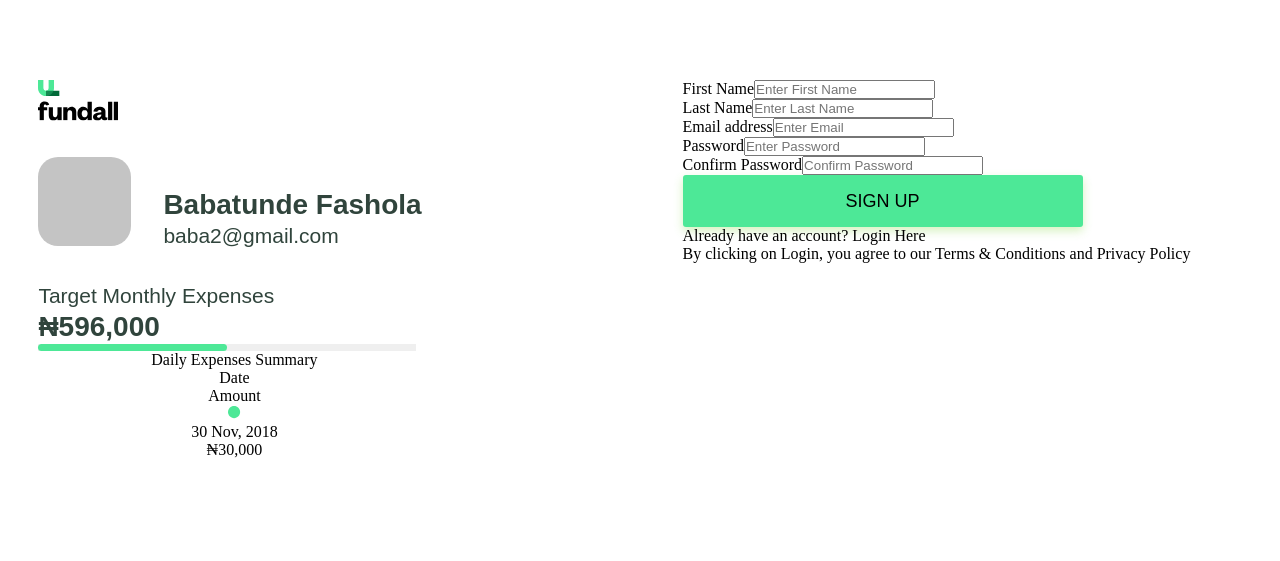
Repository: nilesjamex/niffty
Page: /dashboard
An editor plug-in stored every save of this project. The page is shown before and after the next save, followed by the edit.
The browser window is 1280 px wide. The pictures show the whole page.
The project was rebuilt for these pictures with package versions that can differ from the ones it lists, and the page was loaded fresh each time. Also part of the build but not shown: src/components/Nav.vue, src/views/Home.vue, src/views/SignUp.vue, src/views/Login.vue.

Above is the page before, as saved 2022-04-17 08:57:11.

### src/main.js
import { createApp } from 'vue'
import App from './App.vue'
import router from './router'
import '@/styles/global.scss'

createApp(App).use(router).mount('#app')

### src/App.vue
<template>

  <router-view/>
</template>
<script>
// @ is an alias to /src

export default {
  components: {
  }
}
</script>
<style lang="scss">


#nav {
  padding: 30px;

  a {
    font-weight: bold;
    color: #2c3e50;

    &.router-link-exact-active {
      color: #42b983;
    }
  }
}
</style>

### src/router/index.js
import { createRouter, createWebHistory } from 'vue-router'
import Home from '../views/Home.vue';
import SignUp from '../views/SignUp.vue';
import Login from '../views/Login.vue';
import Dashboard from '../views/Dashboard.vue';

const routes = [
  {
    path: '/',
    name: 'Home',
    component: Home
  },
  {
    path: '/signup',
    name: 'signup',
    component: SignUp
  },
  {
    path: '/login',
    name: 'login',
    component: Login
  },
  {
    path: '/dashboard',
    name: 'dashboard',
    component: Dashboard
  }
]

const router = createRouter({
  history: createWebHistory(process.env.BASE_URL),
  routes
})

export default router

### src/styles/global.scss
@import './variables';
@import './mixins.scss';
@import './_typography.scss';
* {
    margin: 0;
    padding: 0;
    box-sizing: border-box;
    max-width: 100vw;
}
@font-face {
    font-family: "CircularStd";
    src: local(CircularStd) url(../fonts/circular-std-medium-500.ttf) format(opentype);
}
input {
    outline: none;
}
button {
    border: none;
    outline: none;
}
a {
    color: inherit;
    text-decoration: none;
}
li {
    list-style: none;
}
.button--signup {
    width: 98.01px;
    height: 42px;
    background: $access-bg;
    border-radius: 10px;
    @include flex(center, center);
    @include access {

    }
}
.button--submit {
    width: 400px;
    height: 52px;
    background: #4DE897;
    box-shadow: 0px 4px 10px rgba(118, 212, 45, 0.3);
    border-radius: 3px;
    @include flex(center, center);
    @include access;
}

### src/views/Dashboard.vue
<template>
   <section class="signup">
      <div class="signup--box">
          <div class="signup--intro">
              <div class="signup--intro--logo">
                  <img src="@/assets/logo.svg" alt="">
              </div>
              <div class="signup--intro--content">
                  <div class="signup--intro--content--profile">
                    <div class="signup--intro--content--profile--image">
                      <img src="@/assets/pfp.svg" alt="">
                    </div>
                    <div class="signup--intro--content--profile--text">
                      <h4>
                        Babatunde Fashola
                      </h4>
                      <p>
                        baba2@gmail.com
                      </p>
                    </div>
                  </div>
                  <div class="signup--intro--content--expense">
                    <p>
                      Target Monthly Expenses
                    </p>
                    <h2>
                      ₦596,000
                    </h2>
                    <div class="percent">
                      <div class="line1"></div>
                      <div class="line2"></div>
                    </div>
                  </div>
                  <div class="signup--intro--content--tab">
                    <p>
                      Daily Expenses Summary
                    </p>
                    <div class="signup--intro--content--tab--summary">
                      <div class="signup--intro--content--tab--summary--heading">
                        <p>Date</p>
                      <p>Amount</p>
                      </div>
                      <div class="signup--intro--content--tab--summary--content">
                        <svg width="13" height="13" viewBox="0 0 13 13" fill="none" xmlns="http://www.w3.org/2000/svg">
<path fill-rule="evenodd" clip-rule="evenodd" d="M6.06372 12.1274C9.41262 12.1274 12.1274 9.41262 12.1274 6.06372C12.1274 2.71482 9.41262 0 6.06372 0C2.71482 0 0 2.71482 0 6.06372C0 9.41262 2.71482 12.1274 6.06372 12.1274Z" fill="#4DE897"/>
</svg>
                        <p>30 Nov, 2018</p>
                      <p>₦30,000</p>
                      </div>
                    </div>
                  </div>
              </div>
          </div>
          <!-- form -->
          <div class="signup--form">
              <form action="">
                  <div class="signup--form--container">
                      <div class="signup--form--name--box">
                          <div class="signup--form--name">
                              <label>First Name</label>
                              <input type="text" name="" placeholder="Enter First Name" id="">
                          </div>
                          <div class="signup--form--name">
                              <label>Last Name</label>
                              <input type="text" name="" placeholder="Enter Last Name" id="">
                          </div>
                      </div>
                      <div class="signup--form--input">
                          <label>Email address</label>
                          <input type="email" name="" placeholder="Enter Email" id="">
                      </div>
                      <div class="signup--form--input">
                          <label>Password</label>
                          <input type="password" name="" placeholder="Enter Password" id="">
                      </div>
                      <div class="signup--form--input">
                          <label>Confirm Password</label>
                          <input type="password" name="" placeholder="Confirm Password" id="">
                      </div>
                      <button class="button--submit">
                          SIGN UP
                      </button>
                      <div class="signup--form--login">
                          <p>
                              Already have an account? <span><a href="/login">Login Here</a></span>
                          </p>
                      </div>
                  </div>
              </form>
               <div class="signup--form--terms">
              <p>
                  By clicking on Login, you agree to our <span>Terms & Conditions and Privacy Policy</span>
              </p>
          </div>
          </div>
      </div>
  </section>
</template>

<script>
export default {

}
</script>

<style scoped lang="scss">
@import '@/styles/mixins.scss';
@import '@/styles/_variables.scss';
@import '@/styles/_typography.scss';
.signup {
    padding: 5rem 7% 5rem 3%;
    background: #FFFFFF;
}
.signup--box {
    @include flex(space-between,);
}
.signup--intro--content {
    width: 392px;
    margin-top: 2rem;
    text-align: center;
}
.signup--intro--content--profile {
  display: flex;
  gap: 2rem;
}
.signup--intro--content--profile--text {
  align-self: flex-end;
  text-align: left;
  h4 {
    @include name;
  }
  p {
    margin: 0rem 0 0.05rem 0;
    @include email;
  }
}
.signup--intro--content--expense {
  margin-top: 2rem;
  text-align: left;
  p {
    @include email;
  }
  h2 {
    @include name;
  }
}
.percent {
  width: 378px;
  position: relative;
  height: 7px;
  border-radius: 10px;
  .line1 {
    width: 100%;
    height: 7px;
    background: #EFEFEF;
    position: absolute;
  }
  .line2 {
    position: absolute;
    z-index: 2;
    height: 7px;
    width: 50%;
    background: #4DE897;
    border-radius: 10px;
  }
}
</style>

### src/styles/_variables.scss
// colors
$access-bg: #4CE895;

### src/styles/mixins.scss
@mixin flex($justify: flex-start, $align: flex-start) {
    display: flex;
    justify-content: $justify;
    align-items: $align;
}

### src/styles/_typography.scss
@mixin access {
    font-family: 'CircularStd', sans-serif;
    font-size: 1.125rem;
    line-height: 23px;
    color: #000000;
    @content;
}
@mixin heading1 {
    font-family: 'CircularStd', sans-serif;
    font-size: 2.5rem;
    line-height: 51px;
    color: #000000;
    @content;
}
@mixin heading2 {
    font-family: 'CircularStd', sans-serif;
    font-size: 1.5rem;
    line-height: 30px;
    color: #000000;
    @content;
}
@mixin caption {
    font-family: 'CircularStd', sans-serif;
    font-size: 1.3rem;
    line-height: 27px;
    color: #000000;
    @content;
}
@mixin input {
    font-family: 'CircularStd', sans-serif;
    font-style: normal;
    font-size: 18px;
    line-height: 23px;
    color: #30443C;
    @content;
}
@mixin placeholder {
    font-family: 'Nunito Sans';
    font-style: normal;
    font-weight: 400;
    font-size: 18px;
    line-height: 25px;
    color: #30443C;
    mix-blend-mode: normal;
    opacity: 0.5;
    @content;
}
@mixin login {
    font-family: 'Nunito Sans';
    font-style: normal;
    font-weight: 400;
    font-size: 16px;
    line-height: 22px;
    color: #1B2420;
    @content;
}
@mixin holla {
    font-family: 'CircularStd', sans-serif;
    font-style: normal;
    font-size: 34px;
    line-height: 43px;
    color: #1B2420;
    @content;
}
@mixin holla-sign {
    font-family: 'CircularStd', sans-serif;
    font-style: normal;
    font-size: 20px;
    line-height: 25px;
    color: #30443C;
    @content;
}
@mixin name {
    font-family: 'CircularStd', sans-serif;
    font-style: normal;
    font-size: 28px;
    line-height: 35px;
    color: #30443C;
    @content;
}
@mixin email {
    font-family: 'CircularStd', sans-serif;
    font-style: normal;
    font-size: 21px;
    line-height: 27px;
    color: #30443C;
    @content;
}

Loaded but not shown: public/index.html (common file)

After the next save:
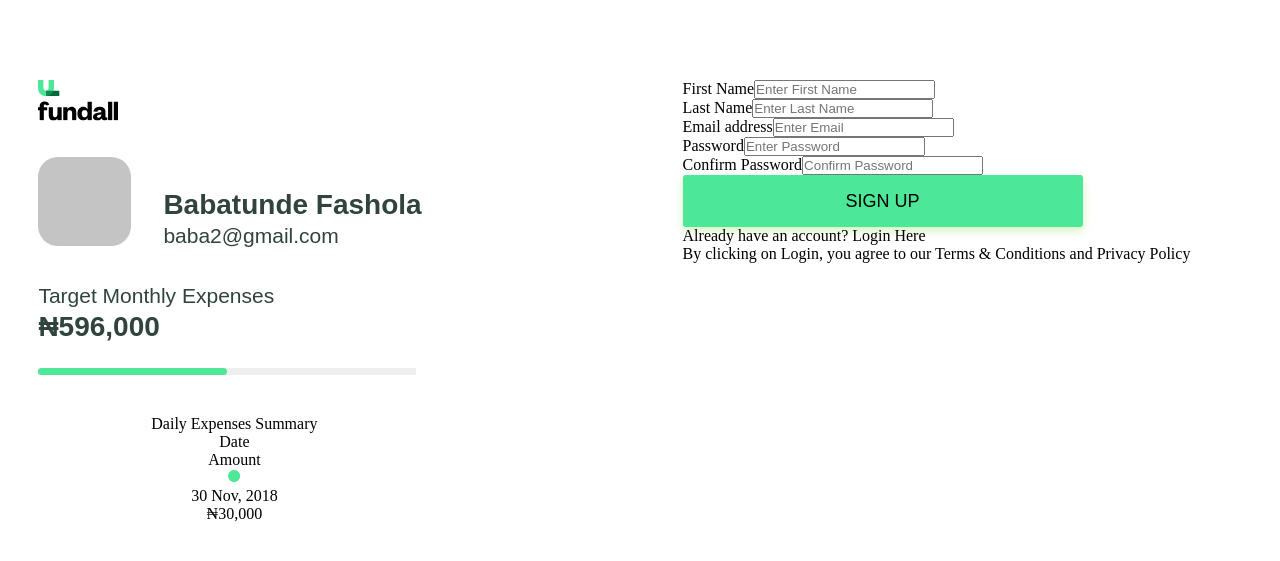
Saved 61 s later.
--- a/src/views/Dashboard.vue
+++ b/src/views/Dashboard.vue
@@ -149,6 +149,7 @@ export default {
   position: relative;
   height: 7px;
   border-radius: 10px;
+  margin: 1.5rem 0 2.5rem 0;
   .line1 {
     width: 100%;
     height: 7px;
